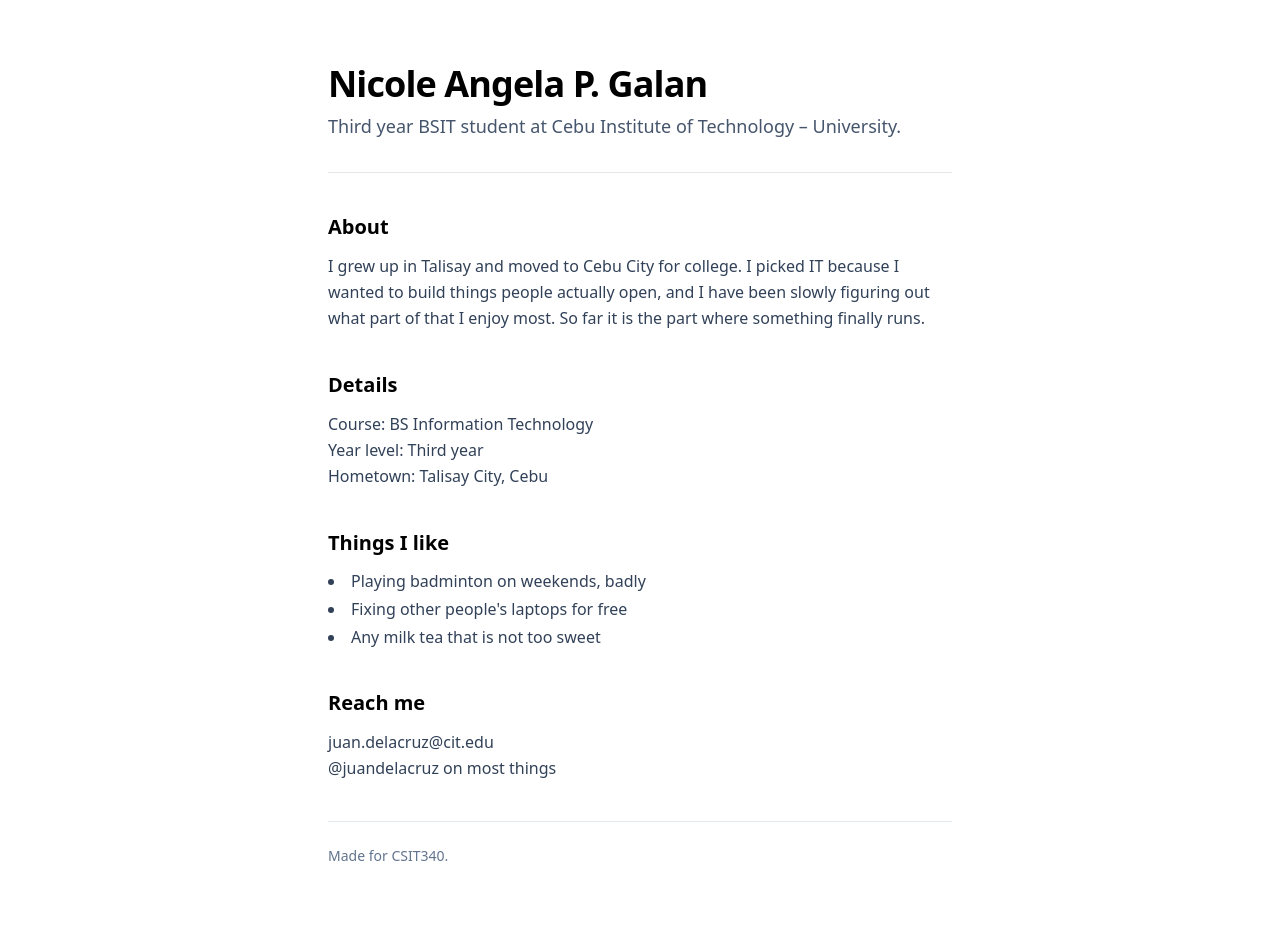
Repository: nicole-galan/CSIT340-Lab1-Galan
Page: /
An editor plug-in stored every save of this project. The page is shown before and after the next save, followed by the edit.
The browser window is 1280 px wide. The pictures show the whole page.
The project was rebuilt for these pictures with package versions that can differ from the ones it lists, and the page was loaded fresh each time. Also part of the build but not shown: vite.config.js.

Above is the page before, as saved 2026-09-04 16:39:32.

After the next save:
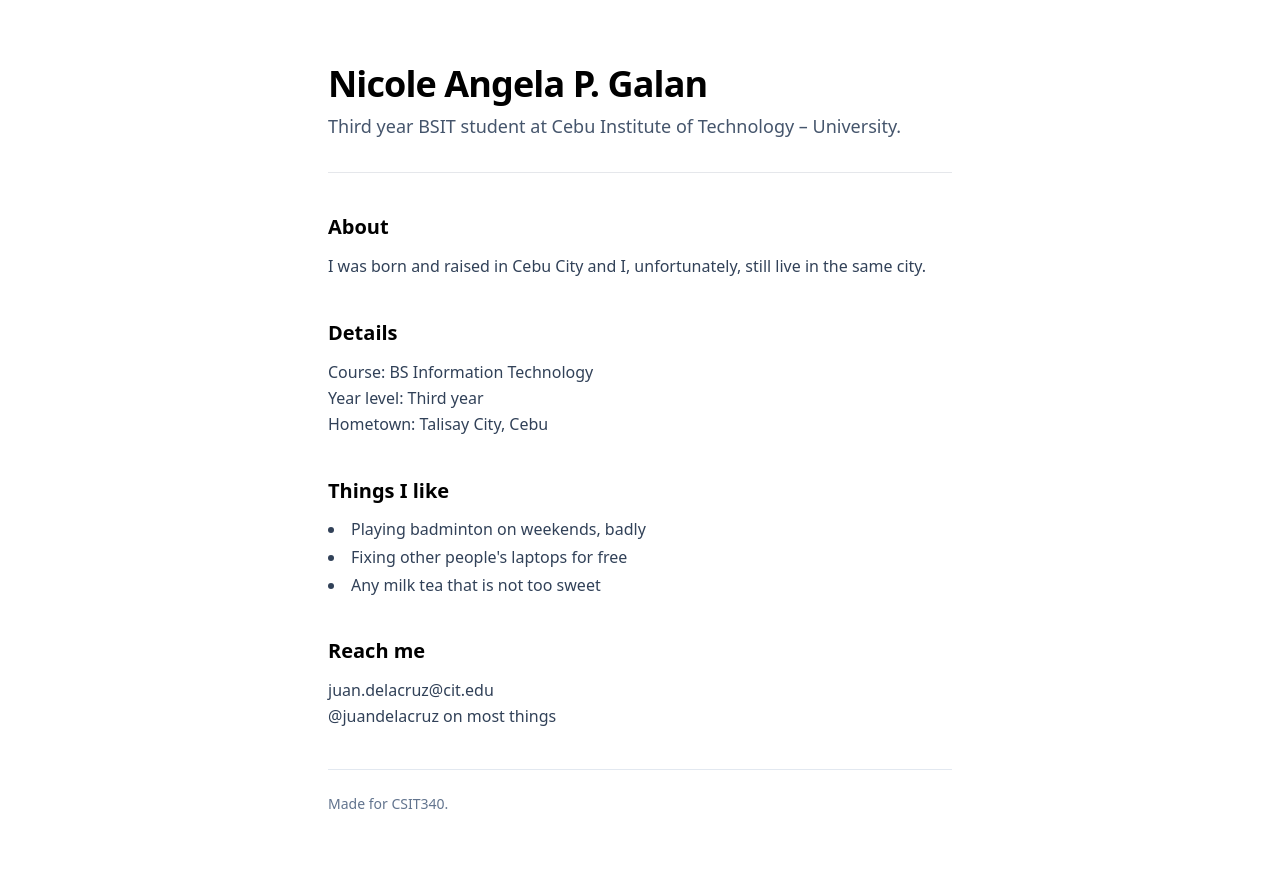
Saved 68 s later.
--- a/src/App.jsx
+++ b/src/App.jsx
@@ -13,10 +13,7 @@ function App() {
         <section className="mb-10">
           <h2 className="text-xl font-semibold mb-3">About</h2>
           <p className="leading-relaxed text-slate-700">
-            I grew up in Talisay and moved to Cebu City for college. I picked IT
-            because I wanted to build things people actually open, and I have been
-            slowly figuring out what part of that I enjoy most. So far it is the
-            part where something finally runs.
+            I was born and raised in Cebu City and I, unfortunately, still live in the same city.
           </p>
         </section>
 
